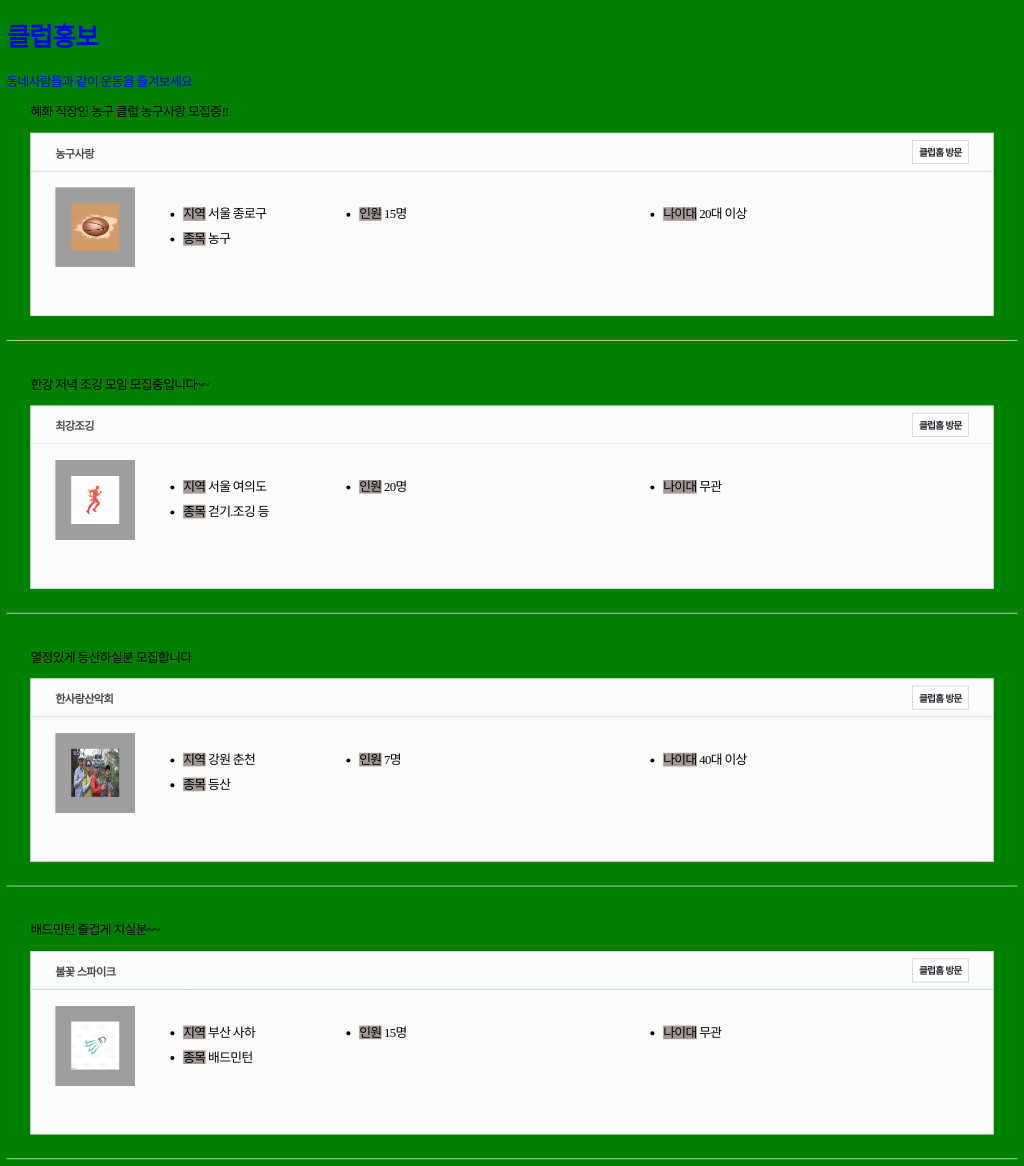
Repository: jaemin333/study
Page: club.html
An editor plug-in stored every save of this project. The page is shown before and after the next save, followed by the edit.
The browser window is 1280 px wide. The pictures show the whole page, at 80% of full size.
Pictures or frames that could not be fetched are drawn as grey boxes.

Above is the page before, as saved 2021-07-02 21:56:51.

After the next save:
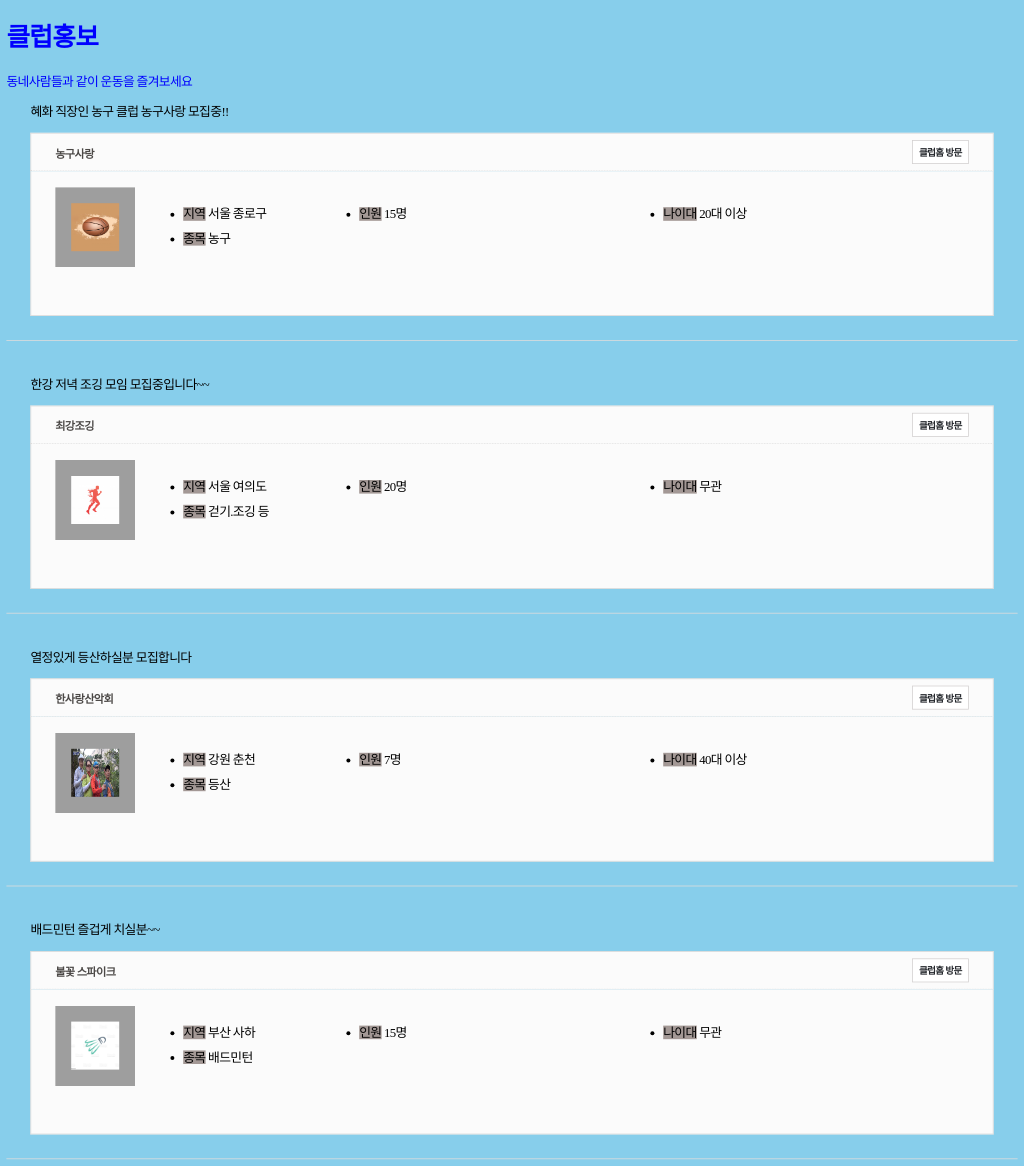
Saved 16 s later.
--- a/style.css
+++ b/style.css
@@ -5,7 +5,7 @@ div {
 
 
 body {
-    background-color: green;
+    background-color: skyblue;
     word-break: break-all;
     -ms-word-break: break-all;
     letter-spacing: -0.050em;
